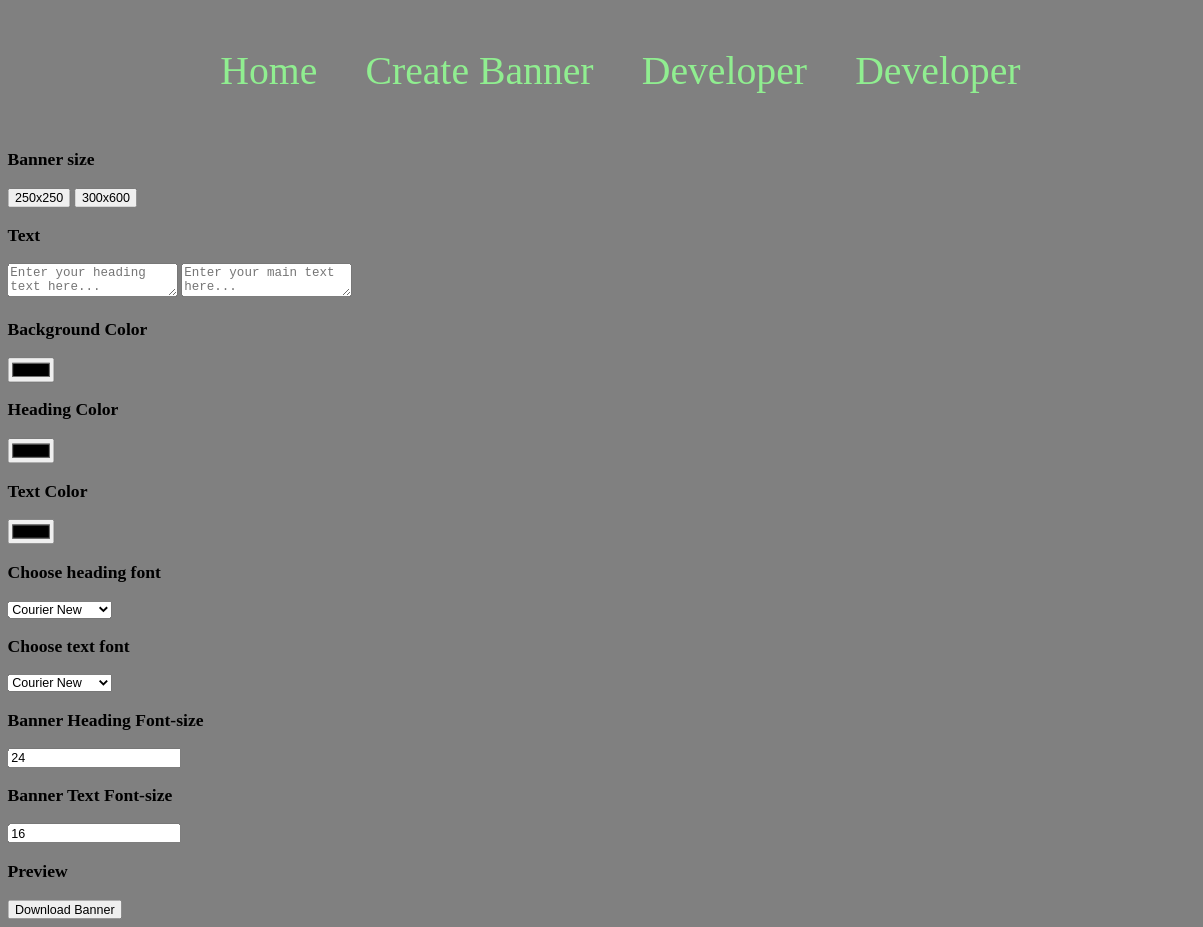
Repository: Yuravolontir/--Baner-Editor--
Page: banner.html
The author's editor kept a copy of each file at every save. The page is drawn from the files as they stood at one save, then again after the next save.
The browser window is 1280 px wide. The pictures show the whole page, at 94% of full size.

Above is the page before, as saved 2025-07-15 20:27:06.

After the next save:
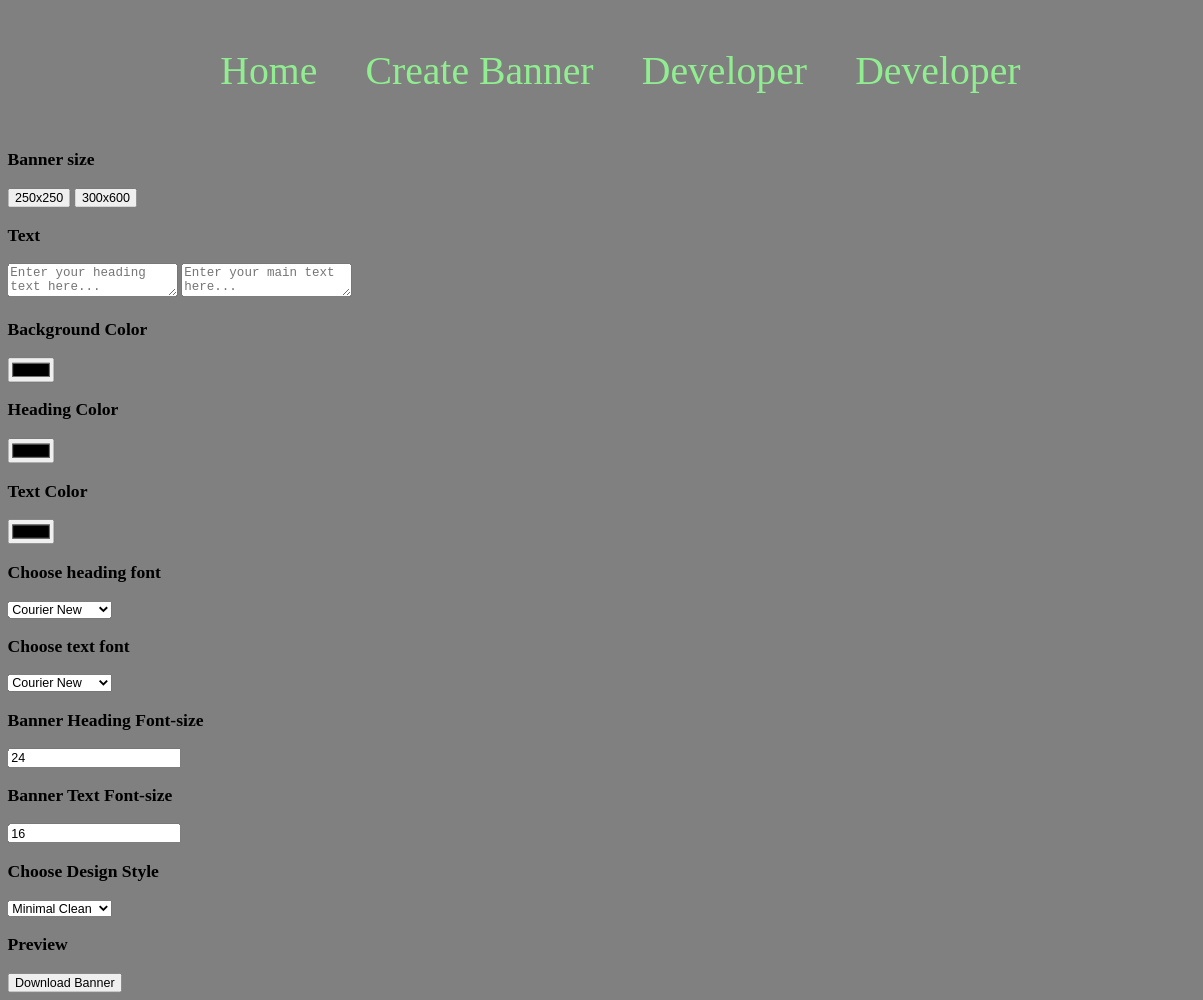
Saved 77 min 0 s later.
--- a/banner.html
+++ b/banner.html
@@ -80,6 +80,14 @@
 <h3>Banner Text Font-size</h3>
 <input type="number" id="textFontSize" placeholder="Enter font size in px" value="16">
 
+<h3>Choose Design Style</h3>
+<select id="designStyle">
+  <option value="minimal">Minimal Clean</option>
+  <option value="bold">Bold & Colorful</option>
+  <option value="pixel">Retro Pixel</option>
+</select>
+
+
 <h3>Preview</h3>
 <div id="preview">
 
